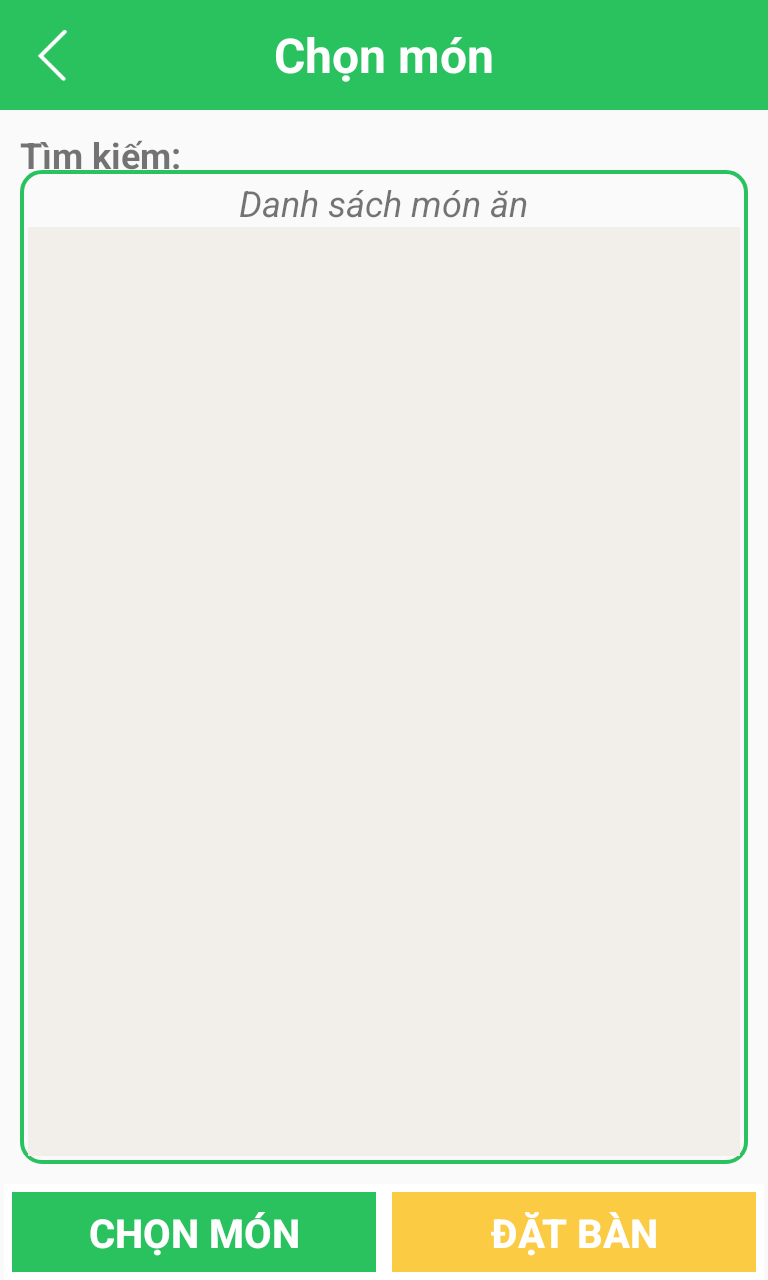
Repository: yenthanh132/Intelresment_AndroidClientApp
Layout: Intelresment/res/layout/activity_order.xml
These files come from the project's save history. The layout is drawn as it stood at one moment and after the next save; the edit follows.
It is drawn on a 768 x 1280 px phone screen (xhdpi) without system bars, with theme AppTheme; the app's code is not run. Lists and similar views that code fills are empty.

Above is the layout before, as saved 2014-12-27 07:44:08.

After the next save:
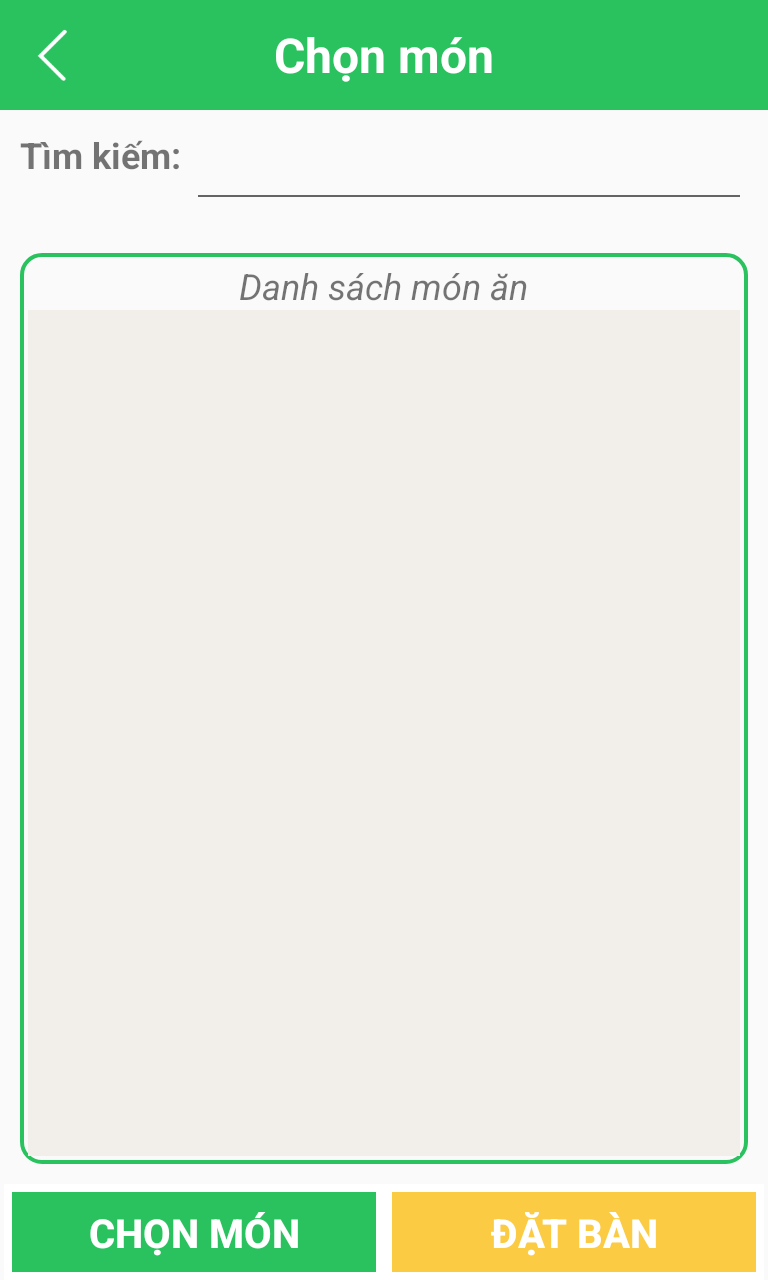
Saved 7 s later.
--- a/Intelresment/res/layout/activity_order.xml
+++ b/Intelresment/res/layout/activity_order.xml
@@ -45,9 +45,15 @@
             android:textSize="18sp"
             android:textStyle="bold" />
 
-
+        <EditText
+            android:id="@+id/txtFilter"
+            android:layout_width="match_parent"
+            android:layout_height="wrap_content"
+            android:layout_toRightOf="@+id/tvLabel2"
+            android:inputType="text" />
 
         <RelativeLayout
+
             android:id="@+id/panelFood"
             android:layout_width="match_parent"
             android:layout_height="wrap_content"

After the 3 saves that followed:
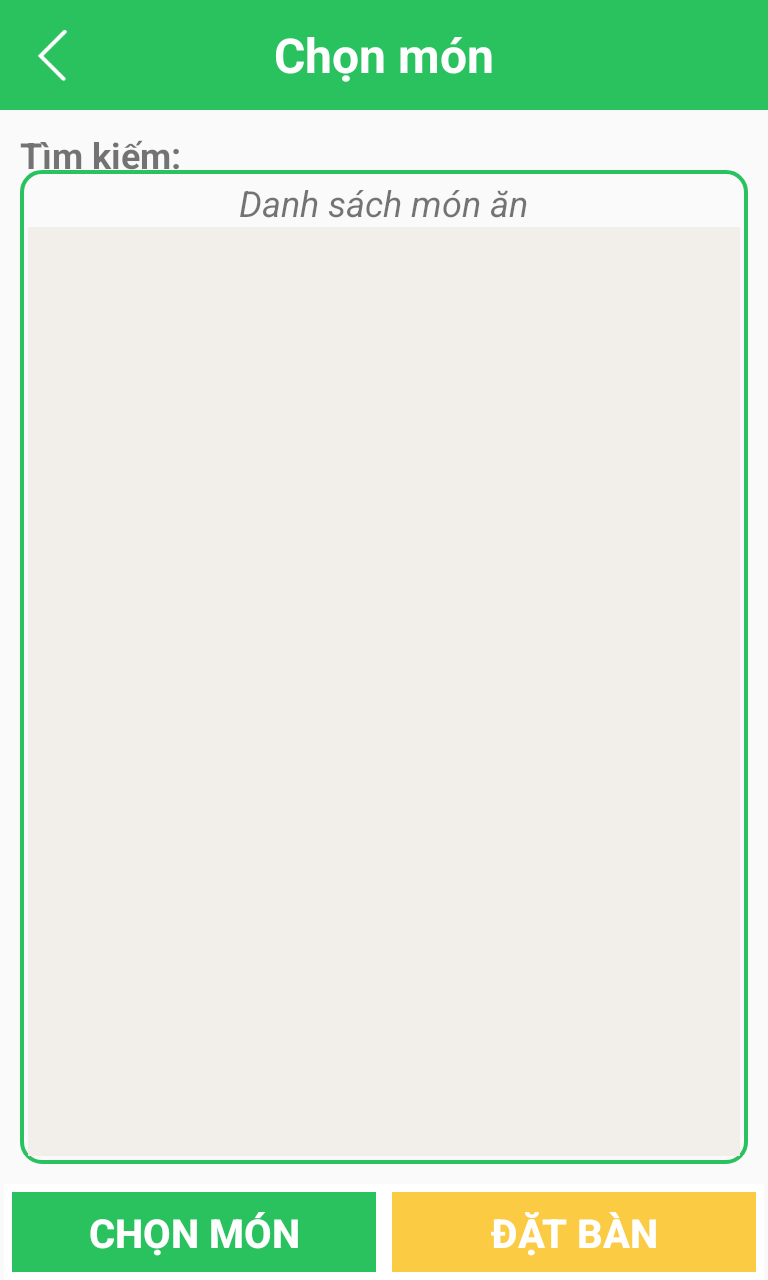
The 3 saves are shown as one change because 1 left the picture as it was and some came seconds apart.
The last was saved 2 min 57 s later.
--- a/Intelresment/res/layout/activity_order.xml
+++ b/Intelresment/res/layout/activity_order.xml
@@ -45,15 +45,9 @@
             android:textSize="18sp"
             android:textStyle="bold" />
 
-        <EditText
-            android:id="@+id/txtFilter"
-            android:layout_width="match_parent"
-            android:layout_height="wrap_content"
-            android:layout_toRightOf="@+id/tvLabel2"
-            android:inputType="text" />
+
 
         <RelativeLayout
-
             android:id="@+id/panelFood"
             android:layout_width="match_parent"
             android:layout_height="wrap_content"
